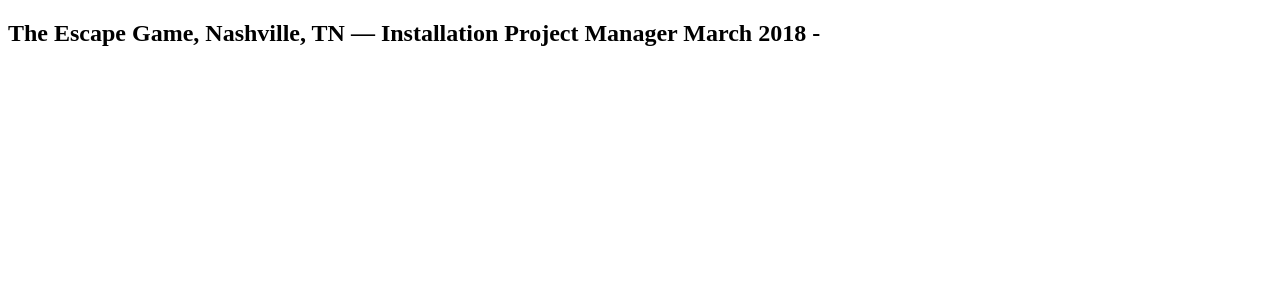
Repository: jgramirez0210/LAB-HTML-Resume
Page: index.html
These files come from the project's save history. The page is drawn as it stood at one moment and after the next save; the edit follows.
The browser window is 1280 px wide. The pictures show the whole page.

Above is the page before, as saved 2023-10-09 21:21:14.

### index.html
<!DOCTYPE html>
<html lang="en">
<head>
  <meta charset="UTF-8">
  <meta name="viewport" content="width=device-width, initial-scale=1.0">
  <title>Jesse's Work Experience</title>
</head>
<body>
  <article>
    <h2>The Escape Game, Nashville, TN — Installation Project Manager
      <time datetime="2018-03" >March 2018</time> - <time datetime "2022-10" November 2022</time></time>
      </h2>
  </article>
</body>
</html>

After the next save:
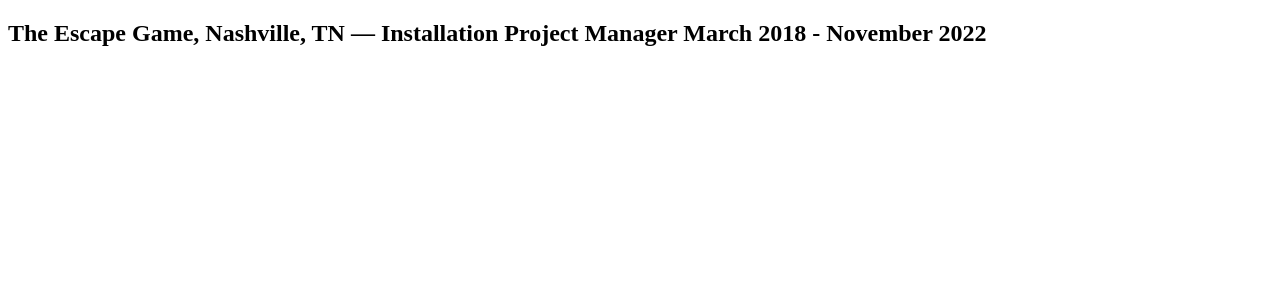
Saved 48 s later.
--- a/index.html
+++ b/index.html
@@ -8,7 +8,7 @@
 <body>
   <article>
     <h2>The Escape Game, Nashville, TN — Installation Project Manager
-      <time datetime="2018-03" >March 2018</time> - <time datetime "2022-10" November 2022</time></time>
+      <time datetime="2018-03" >March 2018</time> - <time datetime "2022-10" ></time>November 2022</time></time>
       </h2>
   </article>
 </body>
